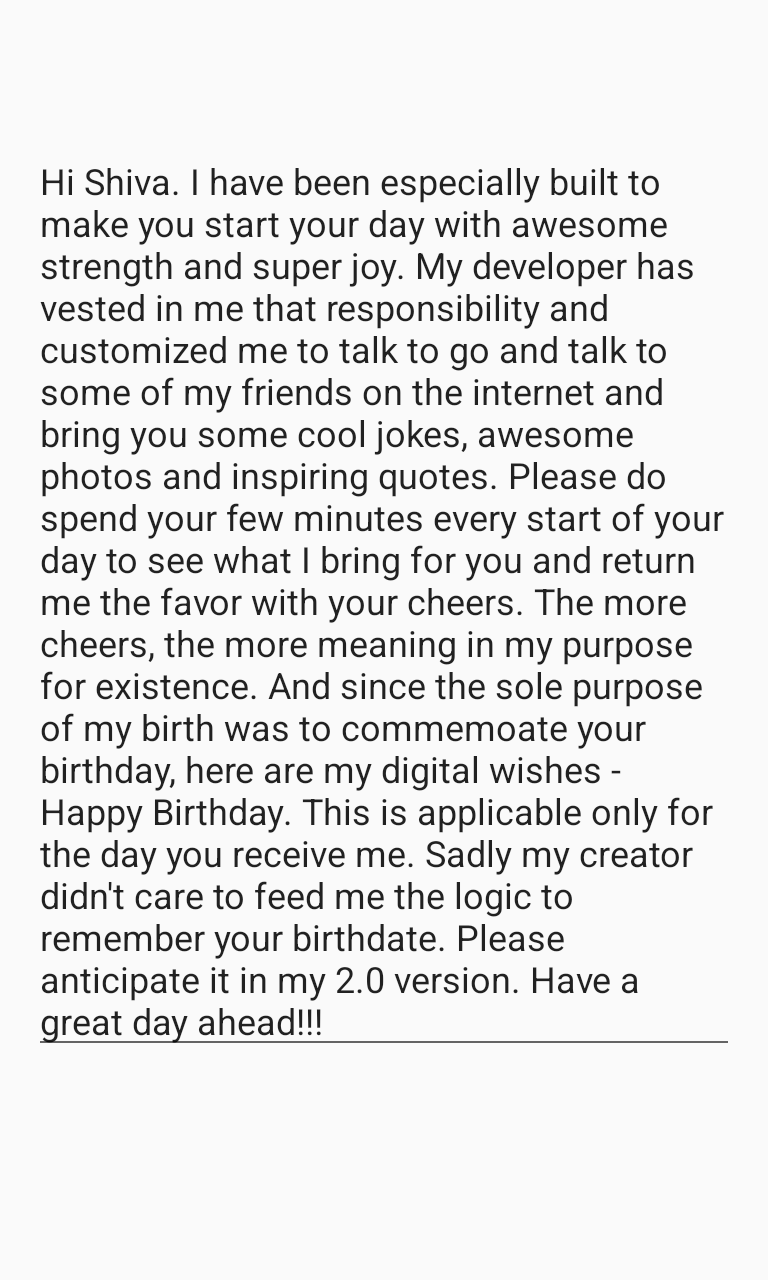
Repository: gitvas/FewMinutesEveryday
Layout: WorkspaceOne/FewMinutesEveryday/res/layout/activity_main.xml
The author's editor kept a copy of each file at every save. The layout is drawn from the files as they stood at one save, then again after the next save.
It is drawn on a 768 x 1280 px phone screen (xhdpi) without system bars, with theme AppTheme; the app's code is not run.

Above is the layout before, as saved 2014-08-18 16:13:20.

### WorkspaceOne/FewMinutesEveryday/res/layout/activity_main.xml
<RelativeLayout xmlns:android="http://schemas.android.com/apk/res/android"
    xmlns:tools="http://schemas.android.com/tools"
    android:layout_width="match_parent"
    android:layout_height="match_parent"
    android:paddingBottom="@dimen/activity_vertical_margin"
    android:paddingLeft="@dimen/activity_horizontal_margin"
    android:paddingRight="@dimen/activity_horizontal_margin"
    android:paddingTop="@dimen/activity_vertical_margin"
    tools:context="com.sreenivas.fewminuteseveryday.MainActivity" >

    <EditText
        android:id="@+id/editText1"
        android:layout_width="fill_parent"
        android:layout_height="wrap_content"
        android:layout_alignParentTop="true"
        android:layout_centerHorizontal="true"
        android:layout_marginTop="52dp"
        android:ems="10"
        android:inputType="textMultiLine"
        android:text="@string/intro_text" />

</RelativeLayout>

### WorkspaceOne/FewMinutesEveryday/res/values/strings.xml
<?xml version="1.0" encoding="utf-8"?>
<resources>

    <string name="app_name">FewMinutesEveryday</string>
    <string name="action_settings">Settings</string>
    <string name="intro_text">Hi Shiva. I have been especially built to make you start your day with awesome strength and super joy. My developer has vested in me that responsibility and customized me to talk to go and talk to some of my friends on the internet and bring you some cool jokes, awesome photos and inspiring quotes. Please do spend your few minutes every start of your day to see what I bring for you and return me the favor with your cheers. The more cheers, the more meaning in my purpose for existence. And since the sole purpose of my birth was to commemoate your birthday, here are my digital wishes - &quot;Happy Birthday&quot;. This is applicable only for the day you receive me. Sadly my creator didn\'t care to feed me the logic to remember your birthdate. Please anticipate it in my 2.0 version. Have a great day ahead!!!</string>

</resources>

Loaded but not shown: WorkspaceOne/FewMinutesEveryday/res/values/styles.xml (common file); WorkspaceOne/FewMinutesEveryday/res/values-v11/styles.xml (common file); WorkspaceOne/FewMinutesEveryday/res/values-v14/styles.xml (common file); WorkspaceOne/FewMinutesEveryday/res/values/dimens.xml (common file); WorkspaceOne/FewMinutesEveryday/res/values-w820dp/dimens.xml (common file)

After the next save:
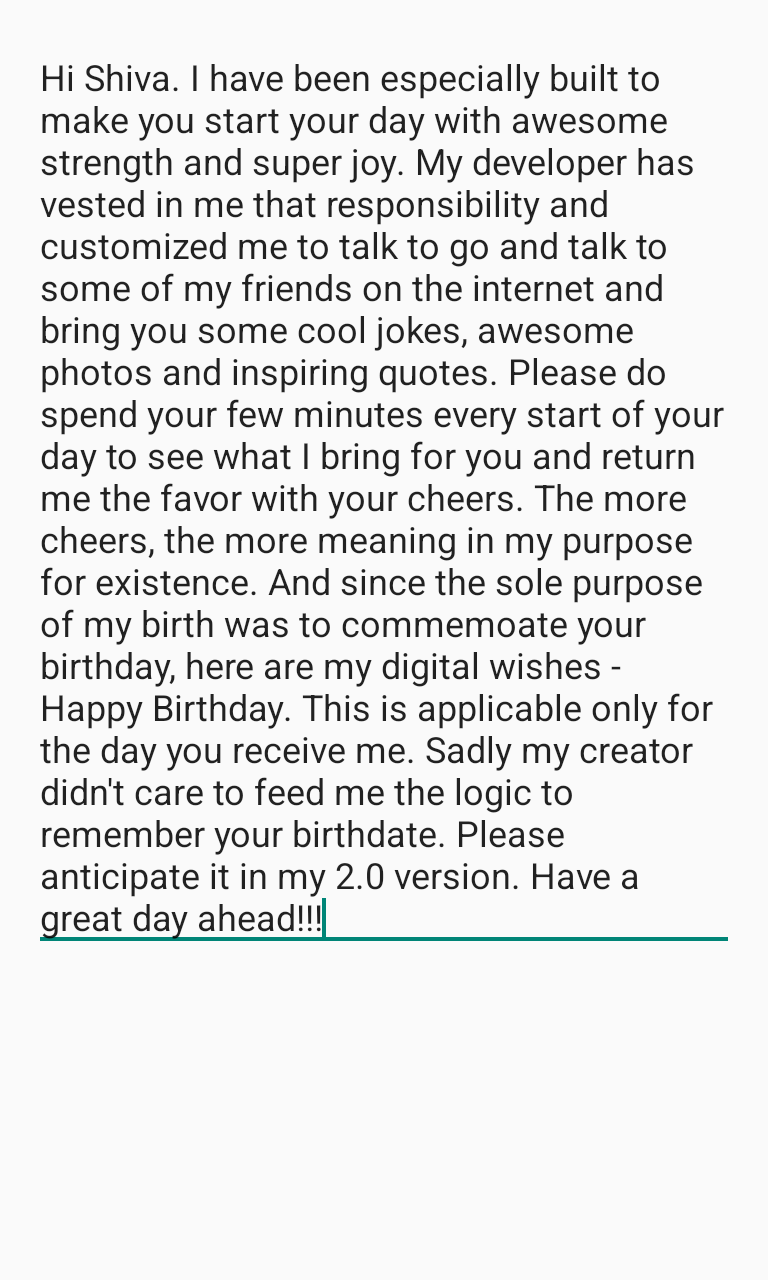
Saved 31 s later.
--- a/WorkspaceOne/FewMinutesEveryday/res/layout/activity_main.xml
+++ b/WorkspaceOne/FewMinutesEveryday/res/layout/activity_main.xml
@@ -12,11 +12,12 @@
         android:id="@+id/editText1"
         android:layout_width="fill_parent"
         android:layout_height="wrap_content"
-        android:layout_alignParentTop="true"
         android:layout_centerHorizontal="true"
-        android:layout_marginTop="52dp"
         android:ems="10"
         android:inputType="textMultiLine"
-        android:text="@string/intro_text" />
+        android:text="@string/intro_text" >
+
+        <requestFocus />
+    </EditText>
 
 </RelativeLayout>
